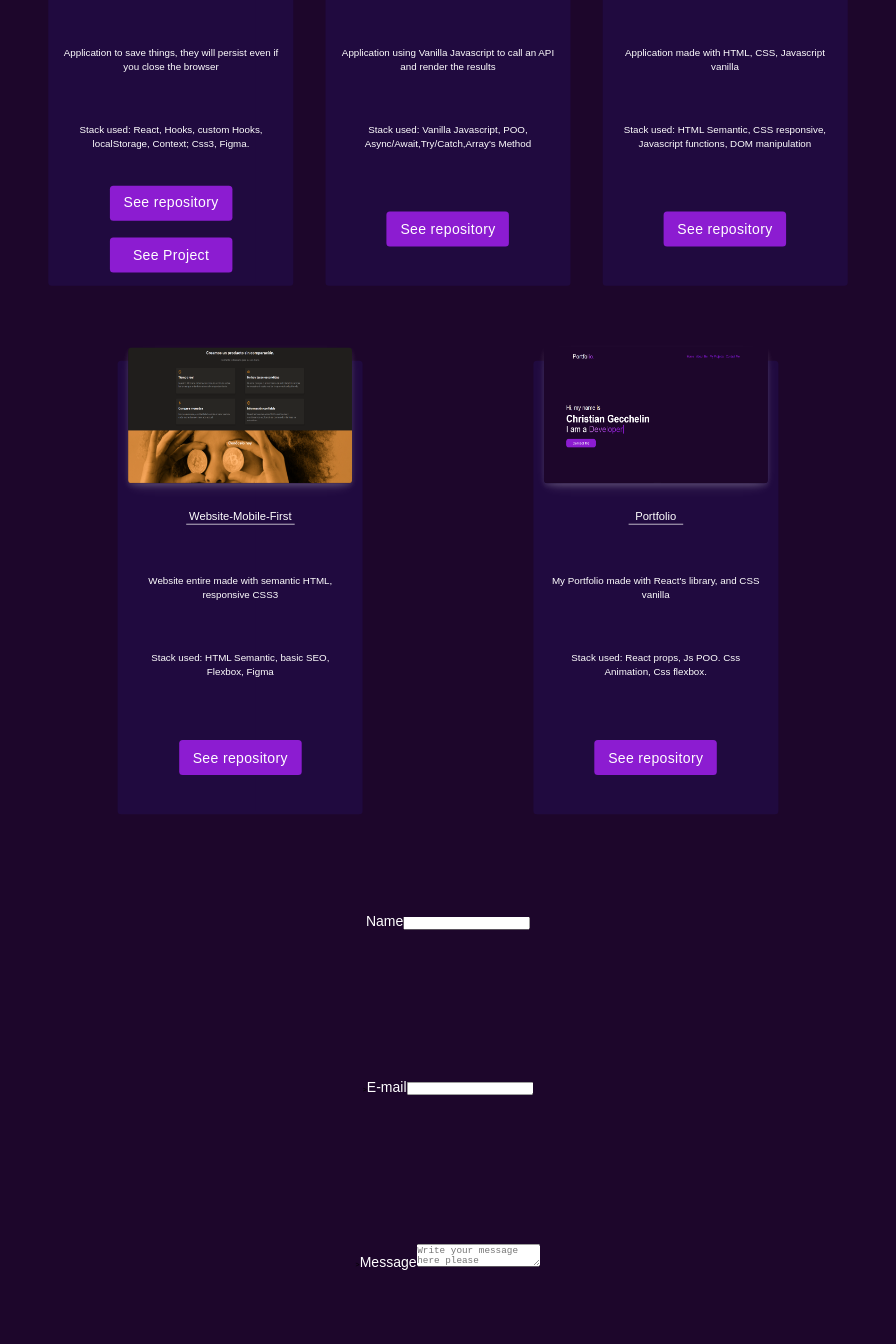
Repository: ChristianGecchelin/portfolio-web
Page: /
These files come from the project's save history. The page is drawn as it stood at one moment and after the next save; the edit follows.
The browser window is 1280 px wide. The pictures show the part of the page from y = 1715 to 3635 px (the page is 3635 px tall), at 70% of full size.
The project was rebuilt for these pictures with package versions that can differ from the ones it lists, and the page was loaded fresh each time.

Above is the page before, as saved 2022-01-22 17:14:36.

After the next save:
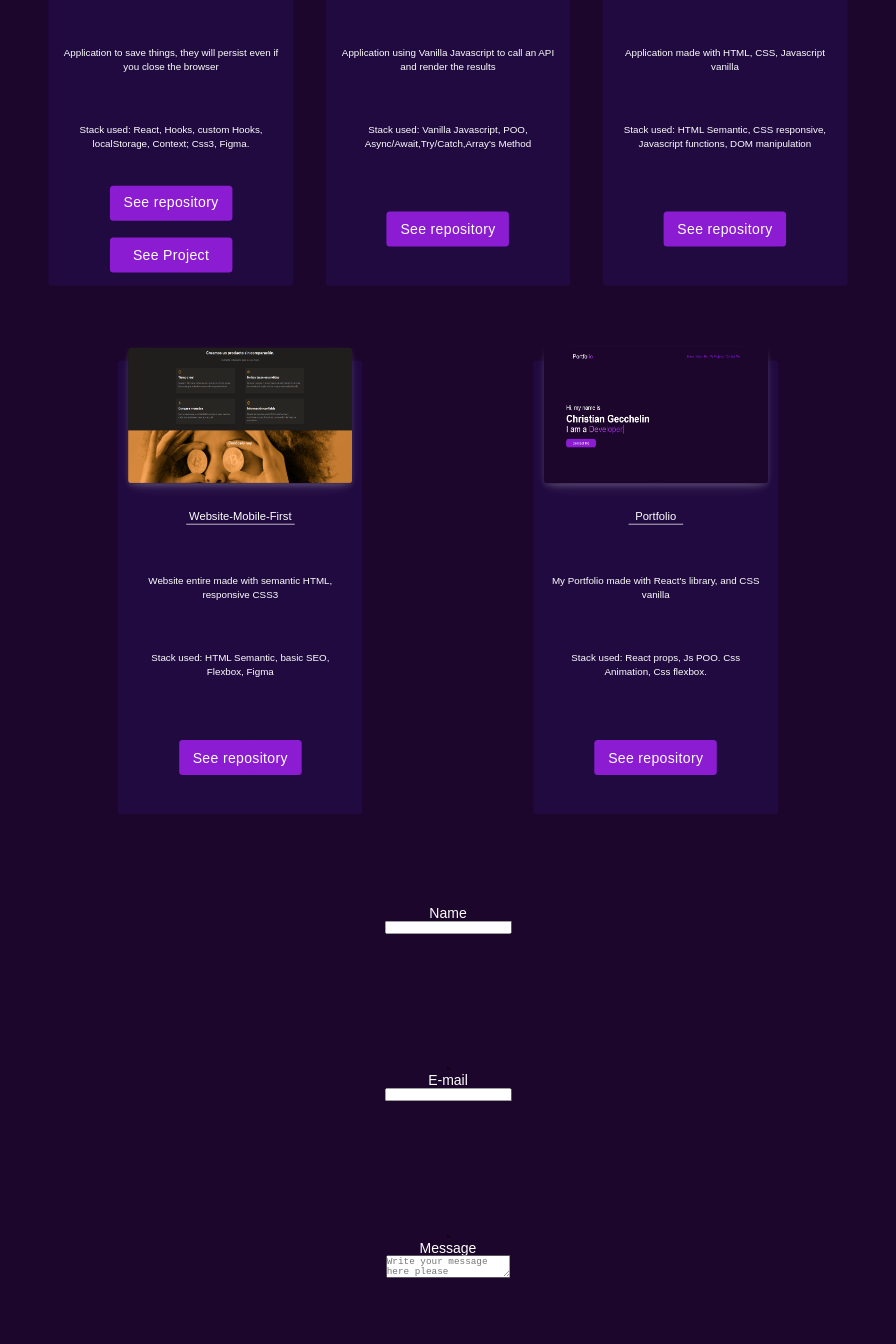
Saved 44 s later.
--- a/src/ContactMe/ContactMe.css
+++ b/src/ContactMe/ContactMe.css
@@ -22,6 +22,13 @@
   width: 100%;
   height: 100%;
 }
+.ContactMe-container .form-container form .form-section-container {
+  display: flex;
+  flex-direction: column;
+  align-items: center;
+  justify-content: center;
+  width: 70%;
+}
 .ContactMe-container .form-container form label {
   color: #fff;
   font-size: 2rem;
